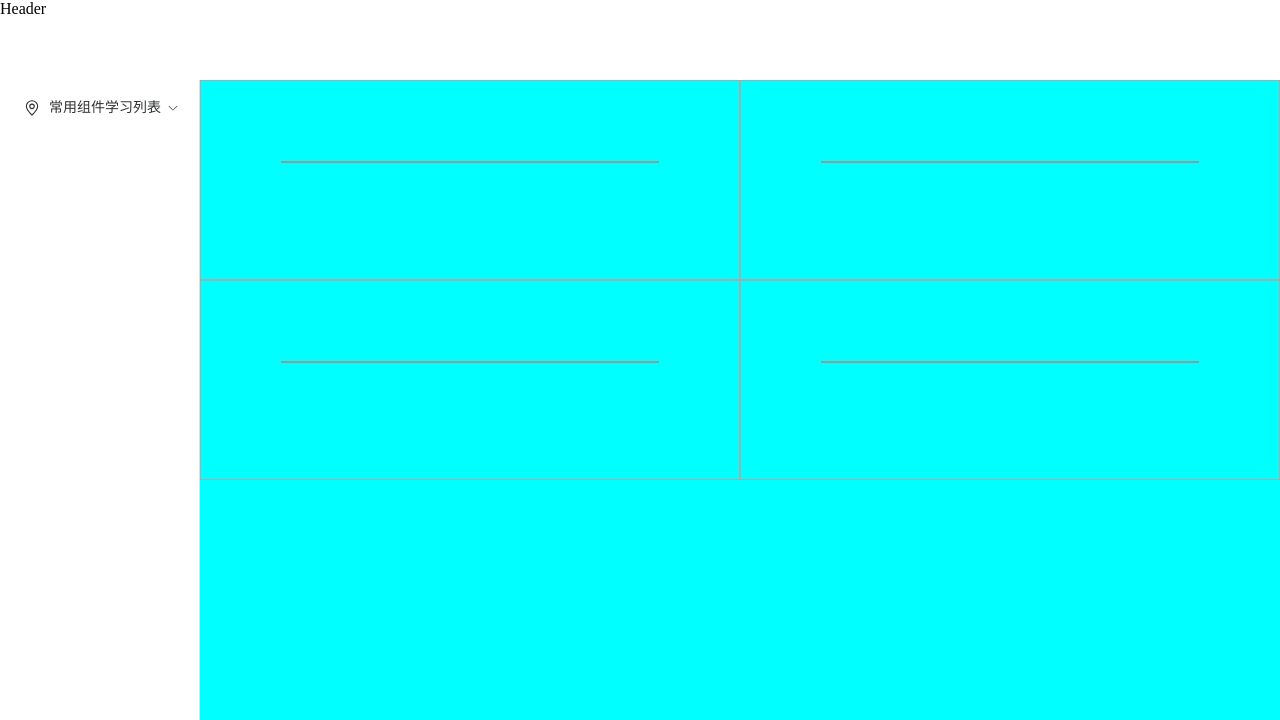
Repository: 553559555/vue3-project
Page: /#/index (app in vue3-app/)
An editor plug-in stored every save of this project. The page is shown before and after the next save, followed by the edit.
The browser window is 1280 px wide. The pictures show the whole page.
The project was rebuilt for these pictures with package versions that can differ from the ones it lists, and the page was loaded fresh each time. Also part of the build but not shown: vue3-app/vite.config.ts.

Above is the page before, as saved 2025-03-24 11:01:03.

### vue3-app/src/main.ts
import { createApp } from 'vue'
import ElementPlus from 'element-plus'
import 'element-plus/dist/index.css'
import router from './router'
import pinia from './stores'
import './style.css'
import App from './App.vue'

const app = createApp(App)
app.use(ElementPlus)
app.use(router)
app.use(pinia)

app.mount('#app')

### vue3-app/src/router/index.ts
import { createRouter, createWebHashHistory, createWebHistory } from 'vue-router'
import type { RouteRecordRaw } from 'vue-router'

const routes: Array<RouteRecordRaw> = [
  {
    path: '/',
    name: 'Login',
    component: () => import('../views/login.vue')
  },
  {
    path: '/index',
    name: 'index',
    component: () => import('../views/index.vue'),
    children: [
      {
        path: '',
        name: 'Home',
        component: () => import('../views/Home.vue')
      },
      {
        path: '/about',
        name: 'About',
        component: () => import('../views/About.vue')
      }
    ]
  }

]

const router = createRouter({
  history: createWebHashHistory(),
  routes
})

export default router

### vue3-app/src/stores/index.ts
import { createPinia } from 'pinia'

const pinia = createPinia()

export default pinia

### vue3-app/src/style.css
/* CSS 重置 */
* {
  margin: 0;
  padding: 0;
  box-sizing: border-box;
}

### vue3-app/src/App.vue
<script setup lang="ts">
import { RouterView } from 'vue-router'
</script>

<template>
    <router-view />
</template>

### vue3-app/src/views/index.vue
<template>
    <div>
        <el-header>Header</el-header>
        <el-container>
            <el-aside width="200px">
                <home-left />
            </el-aside>
            <el-main>
                <router-view>
                </router-view>
            </el-main>
        </el-container>
    </div>
</template>

<script setup>

import { RouterView } from 'vue-router'
import HomeLeft from './components/home-left.vue'

</script>



<style scoped lang="scss">
div {
    width: 100vw;
    height: 100vh;
    box-sizing: border-box;

    .el-header {
        height: 80px;
        padding: 0;
    }


    .el-container {
        height: calc(100vh - 80px);
    }

    .el-main {
        margin: 0px;
        padding: 0px;
        width: 100%;
        height: 100%;
    }
}
</style>

### vue3-app/src/views/Home.vue
<template>
  <div class="home-container">
    <el-row class="row">
      <el-col :span="12">
        <div class="grid-content" />
      </el-col>
      <el-col :span="12">
        <div class="grid-content" />
      </el-col>
    </el-row>

    <el-row class="row">
      <el-col :span="12">
        <div class="grid-content" />
      </el-col>
      <el-col :span="12">
        <div class="grid-content" />
      </el-col>
    </el-row>

  </div>
</template>

<script lang="ts" setup>

</script>

<style scoped lang="scss">
.home-container {
  width: 100%;
  height: 100%;
  background-color: aqua;

  .row {
    min-height: 200px;

    .el-col {
      border: solid 1px #aaa;

      .grid-content {
        margin: 80px;
        border: solid 1px #999;
      }

    }
  }
}
</style>

### vue3-app/src/views/components/home-left.vue
<template>
    <div class="home-left-container">
        <el-menu default-active="2" class="el-menu-vertical-demo" @open="handleOpen" @close="handleClose"
            @select="handleSelect">
            <el-sub-menu v-for="(items, index) in listData" :index="items.name" :key="index">
                <template #title>
                    <el-icon>
                        <location />
                    </el-icon>
                    <span>{{ items.name }}</span>
                </template>
                <el-menu-item v-for="(item, index) in items.children" :index="item.name" :key="index">
                    <el-icon>
                        <location />
                    </el-icon>
                    <span>{{ item.name }}</span>
                </el-menu-item>
            </el-sub-menu>
        </el-menu>
    </div>
</template>

<script setup>
import { Location } from "@element-plus/icons-vue";

import { reactive, ref } from "vue";
const listData = reactive([
    {
        name: "常用组件学习列表",
        children: [
            {
                name: 'button'
            },
            {
                name: 'input'
            }
        ],
    },
]);
const isCollapse = ref(true);
const handleOpen = (key, keyPath) => {
    console.log(key, keyPath);
};
const handleClose = (key, keyPath) => {
    console.log(key, keyPath);
};

const handleSelect = (key, keyPath) => {
    console.log(key, keyPath);
};
</script>

<style scoped lang="scss">
.home-left-container {
    height: 100%;
    width: 100%;
    background-color: #fff;

    .el-menu-vertical-demo:not(.el-menu--collapse) {
        width: 200px;
        min-height: 100%;
    }
}
</style>

Loaded but not shown: vue3-app/index.html (common file)

After the next save:
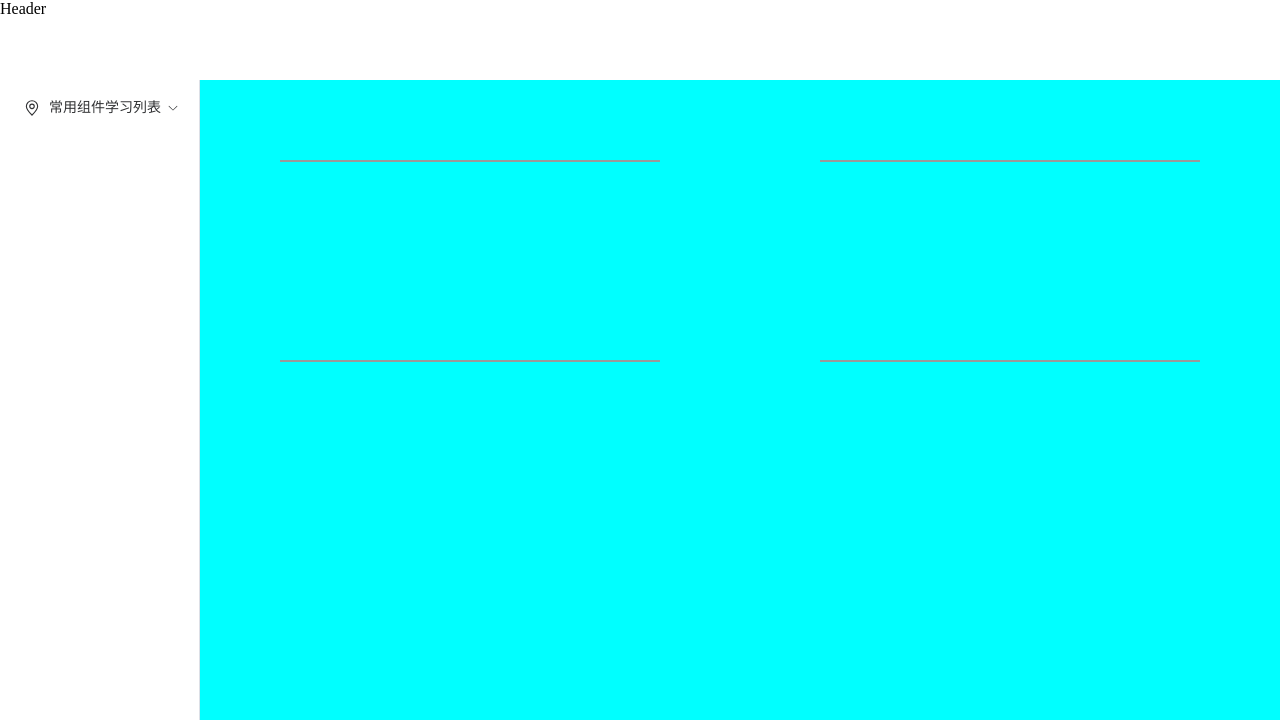
Saved 6 s later.
--- a/vue3-app/src/views/Home.vue
+++ b/vue3-app/src/views/Home.vue
@@ -35,7 +35,6 @@
     min-height: 200px;
 
     .el-col {
-      border: solid 1px #aaa;
 
       .grid-content {
         margin: 80px;
